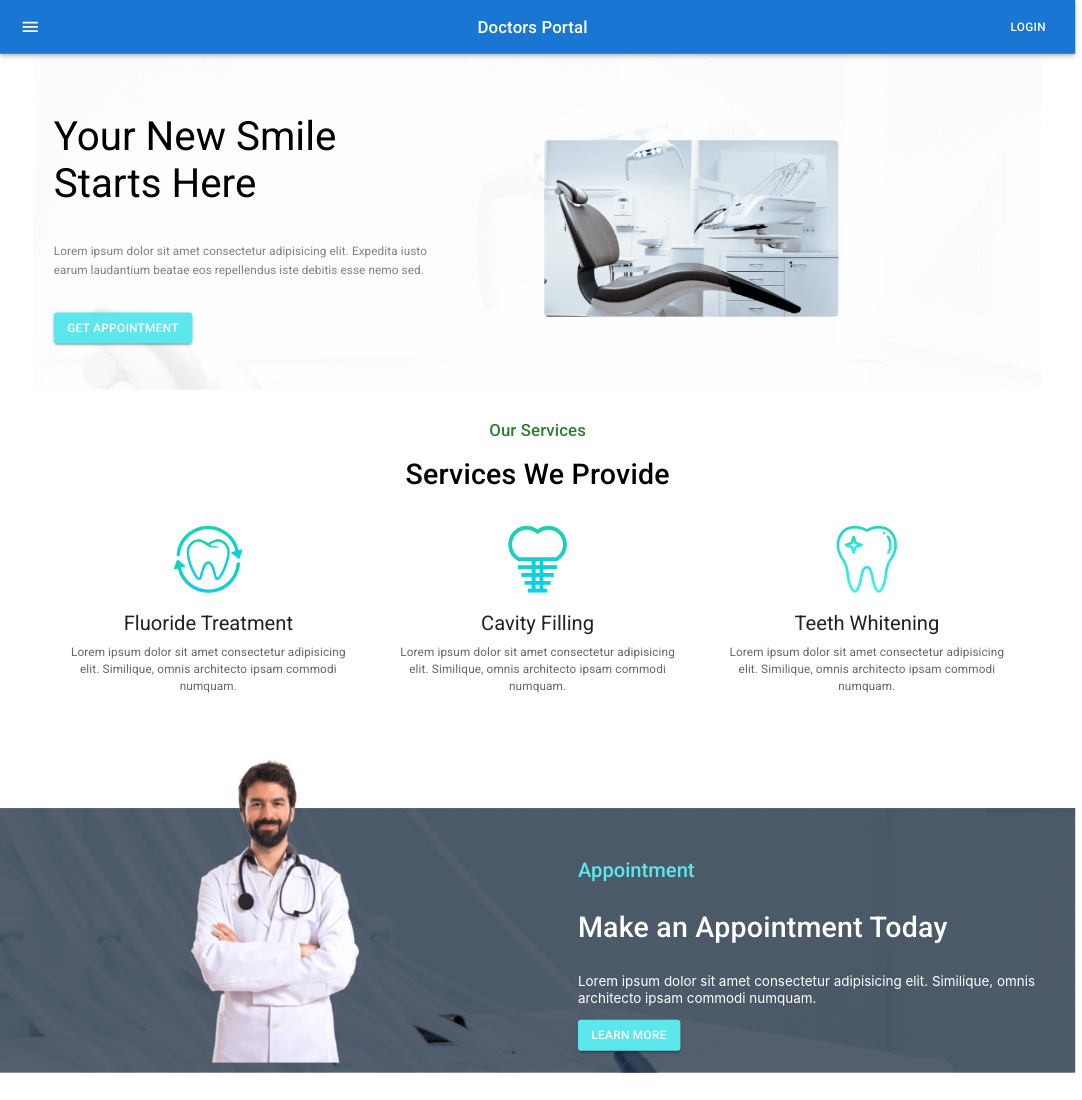
Repository: Sharif-00112/doctors-portal-client
Page: /
These files come from the project's save history. The page is drawn as it stood at one moment and after the next save; the edit follows.
The browser window is 1280 px wide. The page is 1288 px wide, so the pictures cover 1288 px, including what lies to the right of the window. The pictures show the whole page, at 84% of full size.
The project was rebuilt for these pictures with package versions that can differ from the ones it lists, and the page was loaded fresh each time.

Above is the page before, as saved 2022-11-01 22:44:50.

### public/index.html
<!DOCTYPE html>
<html lang="en">
  <head>
    <meta charset="utf-8" />
    <link rel="icon" href="%PUBLIC_URL%/favicon.ico" />
    <meta name="viewport" content="width=device-width, initial-scale=1" />
    <meta name="theme-color" content="#000000" />
    <meta
      name="description"
      content="Web site created using create-react-app"
    />
    <link
      rel="stylesheet" href="https://fonts.googleapis.com/css?family=Roboto:300,400,500,700&display=swap"
    />

    <link rel="apple-touch-icon" href="%PUBLIC_URL%/logo192.png" />
    <!--
      manifest.json provides metadata used when your web app is installed on a
      user's mobile device or desktop. See https://developers.google.com/web/fundamentals/web-app-manifest/
    -->
    <link rel="manifest" href="%PUBLIC_URL%/manifest.json" />
    <!--
      Notice the use of %PUBLIC_URL% in the tags above.
      It will be replaced with the URL of the `public` folder during the build.
      Only files inside the `public` folder can be referenced from the HTML.

      Unlike "/favicon.ico" or "favicon.ico", "%PUBLIC_URL%/favicon.ico" will
      work correctly both with client-side routing and a non-root public URL.
      Learn how to configure a non-root public URL by running `npm run build`.
    -->
    <title>React App</title>
  </head>
  <body>
    <noscript>You need to enable JavaScript to run this app.</noscript>
    <div id="root"></div>
    <!--
      This HTML file is a template.
      If you open it directly in the browser, you will see an empty page.

      You can add webfonts, meta tags, or analytics to this file.
      The build step will place the bundled scripts into the <body> tag.

      To begin the development, run `npm start` or `yarn start`.
      To create a production bundle, use `npm run build` or `yarn build`.
    -->
  </body>
</html>

### src/App.js
import './App.css';
import { BrowserRouter as Router, Route, Routes} from 'react-router-dom';
import Home from './Pages/Home/Home/Home';

function App() {
  return (
    <div className="App">
      <Router>
        {/* <Header></Header> */}
        <Routes>
          <Route exact path = '/' element={<Home/>}/>
          <Route exact path = '/home' element={<Home/>}/>
          <Route exact path = '*' element={<Home/>}/>
        </Routes>
        {/* <Footer></Footer> */}
      </Router>
    </div>
  );
}

export default App;

### src/Pages/Home/Home/Home.js
import React from 'react';
import Navigation from '../../Shared/Navigation/Navigation';
import AppointmentBanner from '../AppointmentBanner/AppointmentBanner';
import Banner from '../Banner/Banner';
import Services from '../Services/Services';

const Home = () => {
    return (
        <div>
            {/* <h2>This is Home</h2> */}
            <Navigation></Navigation>
            <Banner></Banner>
            <Services></Services>
            <AppointmentBanner></AppointmentBanner>
        </div>
    );
};

export default Home;

### src/Pages/Shared/Navigation/Navigation.js
import React from 'react';
import AppBar from '@mui/material/AppBar';
import Box from '@mui/material/Box';
import Toolbar from '@mui/material/Toolbar';
import Typography from '@mui/material/Typography';
import Button from '@mui/material/Button';
import IconButton from '@mui/material/IconButton';
import MenuIcon from '@mui/icons-material/Menu';

const Navigation = () => {
    return (
        <div>
            <Box sx={{ flexGrow: 1, pb:2 }}>
                <AppBar position="static">
                    <Toolbar>
                        <IconButton
                            size="large"
                            edge="start"
                            color="inherit"
                            aria-label="menu"
                            sx={{ mr: 2 }}
                        >
                            <MenuIcon />
                        </IconButton>
                        <Typography variant="h6" component="div" sx={{ flexGrow: 1 }}>
                            Doctors Portal
                        </Typography>
                        <Button color="inherit">Login</Button>
                    </Toolbar>
                </AppBar>
            </Box>
        </div>
    );
};

export default Navigation;

### src/Pages/Home/AppointmentBanner/AppointmentBanner.js
import React from 'react';
import Box from '@mui/material/Box';
import Grid from '@mui/material/Unstable_Grid2';
import Typography from '@mui/material/Typography';

import doctor from '../../../images/images/doctor.png'
import bg from '../../../images/images/appointment-bg.png'
import { Button } from '@mui/material';

const appointmentBanner = {
    background: `url(${bg})`,
    marginTop: 100,
    backgroundColor: 'rgba(45, 58, 74, 0.8)',
    backgroundBlendMode: 'darken, luminosity'
}

const AppointmentBanner = () => {
    return (
        <div>
            <Box style={appointmentBanner} sx={{ flexGrow: 1, mb:5 }}>
                <Grid container spacing={2}>
                    <Grid xs={12} md={6}>
                        <img
                           style={{width: 400, marginTop: '-105px' }}
                        src={doctor} alt="" />
                    </Grid>

                    <Grid xs={12} md={6} sx={{
                        display: 'flex',
                        justifyContent: 'flex-start',
                        textAlign: 'left',
                        alignItems: 'center'
                        }}>
                        <Box sx={{pl: 5}}>
                            <Typography sx={{ mb: 2, mt: 4, fontWeight: 500 }} style={{color: '#5CE7ED'}} variant="h5" component="div">
                                Appointment
                            </Typography>
                            <Typography sx={{ mb: 2, mt: 4, fontWeight: 500 }} style={{color: 'white'}} variant="h4" component="div">
                                Make an Appointment Today
                            </Typography>
                            <Typography sx={{ mb: 2, mt: 4 }} style={{color: 'white'}} variant="" component="div">
                                Lorem ipsum dolor sit amet consectetur adipisicing elit. Similique, omnis architecto ipsam commodi numquam.
                            </Typography>
                            <Button variant="contained" style={{backgroundColor: '#5CE7ED'}}>Learn More</Button>
                        </Box>
                    </Grid>
                </Grid>
            </Box>
        </div>
    );
};

export default AppointmentBanner;

### src/Pages/Home/Banner/Banner.js
import React from 'react';
import Grid from '@mui/material/Grid';
import Typography from '@mui/material/Typography';
import { Box, Button, Container } from '@mui/material';

import chair from '../../../images/images/chair.png'
import bnBg from '../../../images/images/bg.png'

const bannerBg = {
    background: `url(${bnBg})`
}

const verticalCenter = {
    display: 'flex',
    alignItems: 'center',
    height: 400
}

const Banner = () => {
    return (
        <div>
            <Container style={bannerBg} sx={{ flexGrow: 1 }}>
                <Grid container spacing={2}>
                    <Grid item style={{ ...verticalCenter, textAlign: 'left'}} xs={12} md={6}>
                        <Box>
                            <Typography sx={{ }} style={{color: 'black'}} variant="h3" component="div">
                                Your New Smile <br />
                                Starts Here
                            </Typography>
                            <Typography sx={{ my: 5, pr: 15, fontSize: 14, fontWeight: 400, color: 'gray'}} variant="h6" component="div">
                                Lorem ipsum dolor sit amet consectetur adipisicing elit. Expedita iusto earum laudantium beatae eos repellendus iste debitis esse nemo sed.
                            </Typography>
                            <Button variant="contained" style={{backgroundColor: '#5CE7ED'}}>Get Appointment</Button>
                        </Box>
                    </Grid>
                    <Grid item xs={12} md={6} style={verticalCenter}>
                        <img style={{ width: '350px'}} src={chair} alt="" />
                    </Grid>
                </Grid>
            </Container>
        </div>
    );
};

export default Banner;

### src/Pages/Home/Services/Services.js
import React from 'react';
import Box from '@mui/material/Box';
import Grid from '@mui/material/Unstable_Grid2';
import Typography from '@mui/material/Typography';
import { Container } from '@mui/material';
import Service from '../Service/Service';

import fluoride from '../../../images/images/fluoride.png';
import cavity from '../../../images/images/cavity.png'
import whitening from '../../../images/images/whitening.png'

const services = [
    {
        name: 'Fluoride Treatment',
        description: 'Lorem ipsum dolor sit amet consectetur adipisicing elit. Similique, omnis architecto ipsam commodi numquam.',
        img: fluoride
    },
    {
        name: 'Cavity Filling',
        description: 'Lorem ipsum dolor sit amet consectetur adipisicing elit. Similique, omnis architecto ipsam commodi numquam.',
        img: cavity
    },
    {
        name: 'Teeth Whitening',
        description: 'Lorem ipsum dolor sit amet consectetur adipisicing elit. Similique, omnis architecto ipsam commodi numquam.',
        img: whitening
    }
]

const Services = () => {
    return (
        <div>
            <Box sx={{ flexGrow: 1 }}>
                <Container>
                    <Typography sx={{ mb: 2, mt: 4, fontWeight: 500, color: 'success.main' }} variant="h6" component="div">
                        Our Services
                    </Typography>
                    <Typography sx={{ mb: 3, fontWeight: 500 }} variant="h4" component="div">
                        Services We Provide
                    </Typography>

                    <Grid container spacing={{ xs: 2, md: 3 }} columns={{ xs: 4, sm: 8, md: 12 }}>
                        {
                            services.map(service => (
                                <Grid xs={2} sm={4} md={4} key={service.name}>
                                <Service
                                    key = {service.name}
                                    service = {service}
                                ></Service>
                            </Grid>
                            ))
                        }
                    </Grid>
                </Container>
            </Box>
        </div>
    );
};

export default Services;

### src/Pages/Home/Service/Service.js
import React from 'react';
import Card from '@mui/material/Card';
// import CardActions from '@mui/material/CardActions';
import CardContent from '@mui/material/CardContent';
// import Button from '@mui/material/Button';
import Typography from '@mui/material/Typography';
import CardMedia from '@mui/material/CardMedia';

const Service = (props) => {
    const {name, description, img} = props.service
    return (
        <div>
            <Card sx={{ minWidth: 275, border: 0, boxShadow: 0, mt: 1.5 }}>
                <CardMedia
                    component="img"
                    style={{width: 'auto', height: '80px', margin: '4px auto'}}
                    image={img}
                    alt={name}
                />
                <CardContent>
                    <Typography sx={{ mb: 1 }} variant="h5" component="div">
                        {name}
                    </Typography>
                    <Typography sx={{ mb: 1.5 }} variant="body2" color="text.secondary">
                        {description}
                    </Typography>
                </CardContent>
                {/* <CardActions>
                    <Button size="small">Learn More</Button>
                </CardActions> */}
            </Card>
        </div>
    );
};

export default Service;

Loaded but not shown: src/index.js (common file); src/index.css (common file); src/reportWebVitals.js (common file); src/App.css (common file)

After the next save:
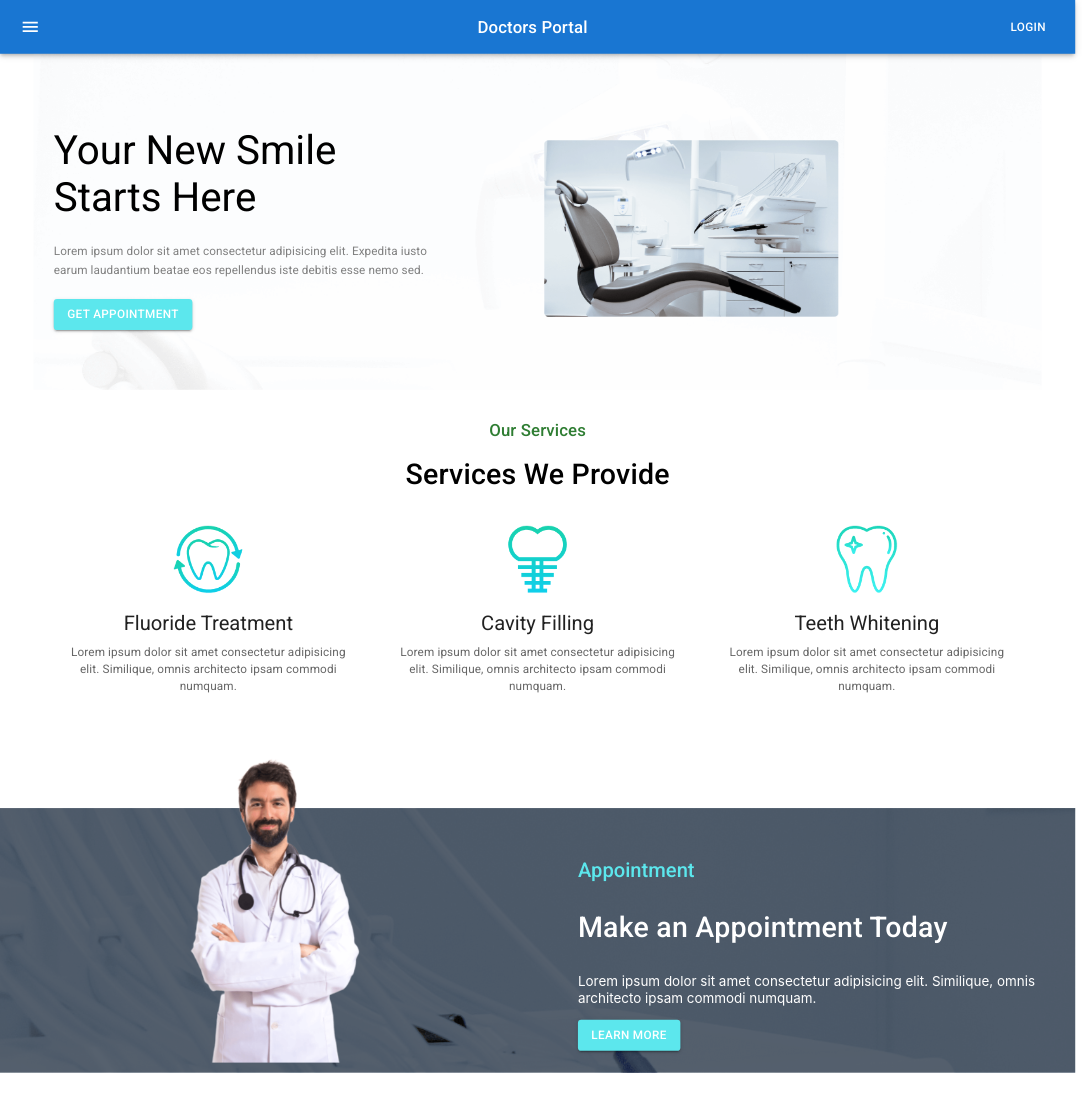
Saved 70 s later.
--- a/src/Pages/Home/Banner/Banner.js
+++ b/src/Pages/Home/Banner/Banner.js
@@ -27,7 +27,7 @@ const Banner = () => {
                                 Your New Smile <br />
                                 Starts Here
                             </Typography>
-                            <Typography sx={{ my: 5, pr: 15, fontSize: 14, fontWeight: 400, color: 'gray'}} variant="h6" component="div">
+                            <Typography sx={{ my: 3, pr: 15, fontSize: 14, fontWeight: 400, color: 'gray'}} variant="h6" component="div">
                                 Lorem ipsum dolor sit amet consectetur adipisicing elit. Expedita iusto earum laudantium beatae eos repellendus iste debitis esse nemo sed.
                             </Typography>
                             <Button variant="contained" style={{backgroundColor: '#5CE7ED'}}>Get Appointment</Button>
